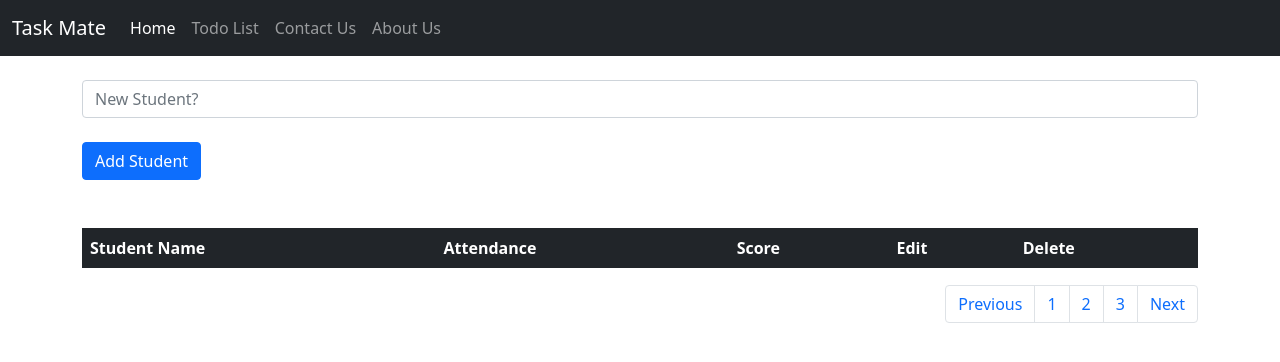
Repository: itathagata/Registration_System
Page: http://localhost/todolist/?pg=1
An editor plug-in stored every save of this project. The page is shown before and after the next save, followed by the edit.
The browser window is 1280 px wide. The pictures show the whole page.
The page is served by the project's application, run on Django 2.2 (manage.py). Queries for data that is not in the repository find no rows.

Above is the page before, as saved 2021-06-05 00:43:18.

After the next save:
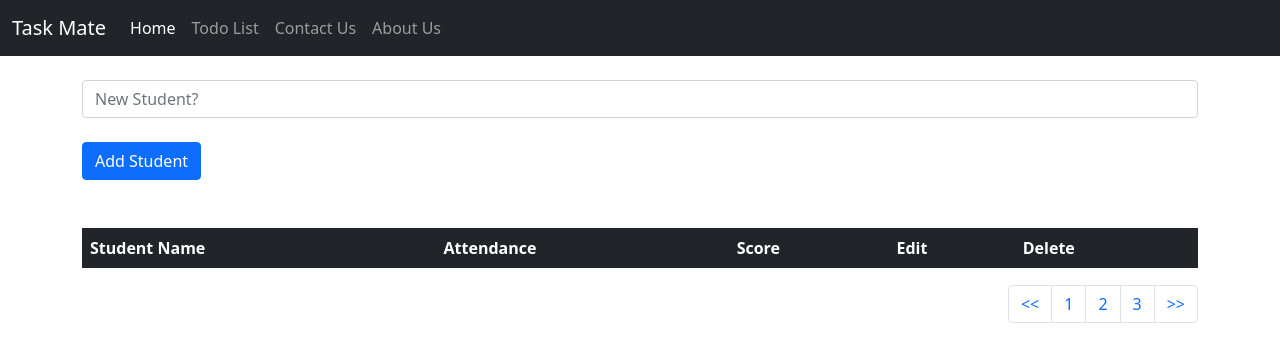
Saved 2 min 2 s later.
--- a/todolist_app/templates/todolist.html
+++ b/todolist_app/templates/todolist.html
@@ -67,12 +67,11 @@
 
 <nav aria-label="Page navigation example">
   <ul class="pagination justify-content-end">
-    <li class="page-item "><a class="page-link" href="#" >Previous</a></li>
+    <li class="page-item "><a class="page-link" href="#" ><<</a></li>
     <li class="page-item"><a class="page-link" href="#">1</a></li>
     <li class="page-item"><a class="page-link" href="#">2</a></li>
     <li class="page-item"><a class="page-link" href="#">3</a></li>
-    <li class="page-item">
-    <a class="page-link" href="#">Next</a></li>
+    <li class="page-item"><a class="page-link" href="#">>></a></li>
   </ul>
 </nav>
 
